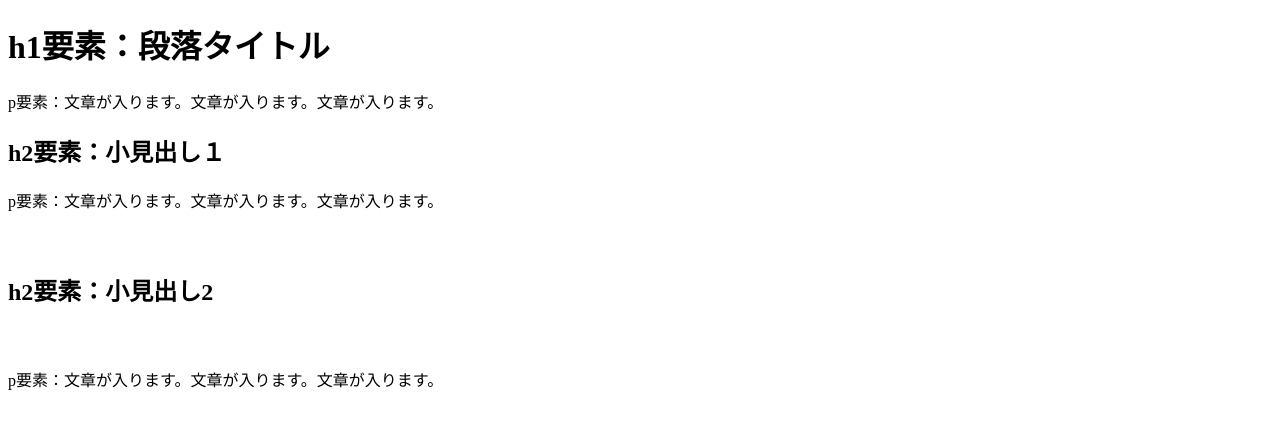
Repository: sachiko23/samurai_HTML-CSS
Page: index.html
The author's editor kept a record of every edit. The page is drawn from the files as they stood at one moment, then again after the next edit.
The browser window is 1280 px wide. The pictures show the whole page.

Above is the page before.

After the next edit:
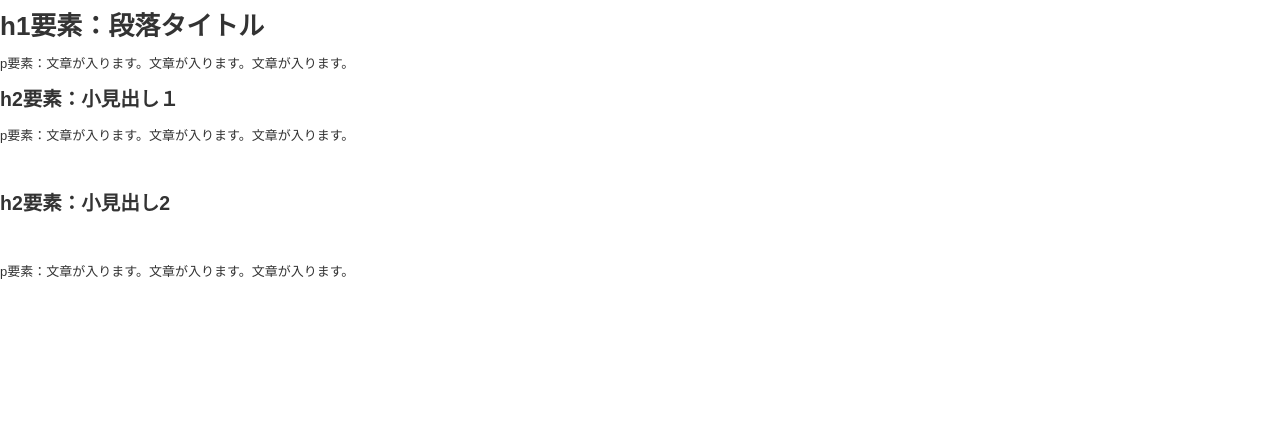
The edit:
--- a/index.html
+++ b/index.html
@@ -3,7 +3,8 @@
     <head>
         <meta charset="UTF-8">
         <title>HTML/CSSの学習</title>
-
+        <!-- stylesheet.cssの読み込み -->
+        <link rel="stylesheet" href="stylesheet.css">
     </head>
     <body>
         <h1 class="blue">h1要素：段落タイトル</h1>
